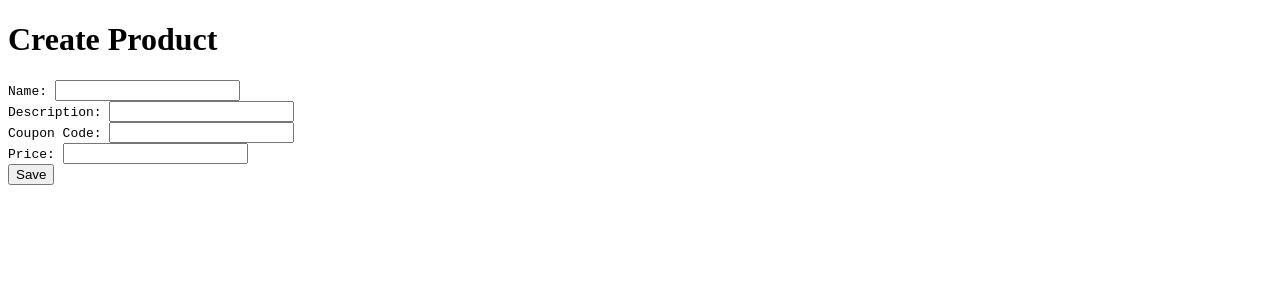
Repository: swetapaudel/Coupon-and-Product
Page: http://localhost/candpapp/createProduct.jsp
These files come from the project's save history. The page is drawn as it stood at one moment and after the next save; the edit follows.
The browser window is 1280 px wide. The pictures show the whole page.
The page is served by Tomcat 9.

Above is the page before, as saved 2020-07-20 17:05:40.

After the next save:
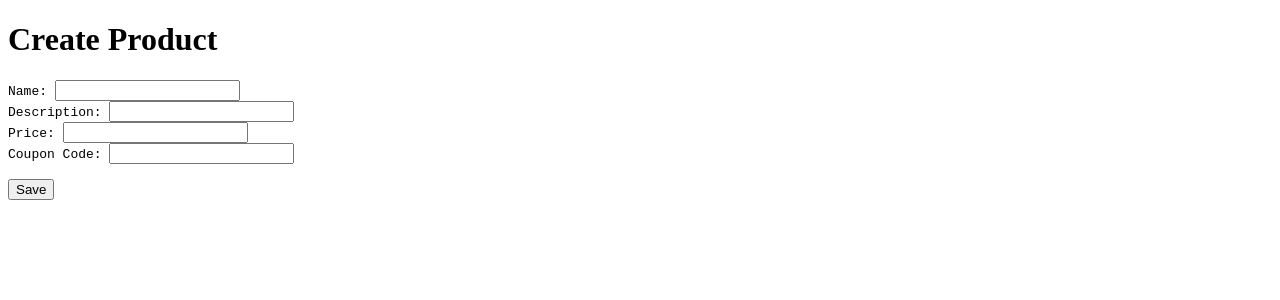
Saved 102 s later.
--- a/Coupon and Product/candpapp/WebContent/createProduct.jsp
+++ b/Coupon and Product/candpapp/WebContent/createProduct.jsp
@@ -12,8 +12,9 @@
 		<pre>
 Name: <input type="text" name="name" />
 Description: <input type="text" name="description" />
+Price: <input type="text" name="price" />
 Coupon Code: <input type="text" name="couponCode" />
-Price: <input type="text" name="price" />
+
 <input type="submit" value="Save">
 </pre>
 	</form>
